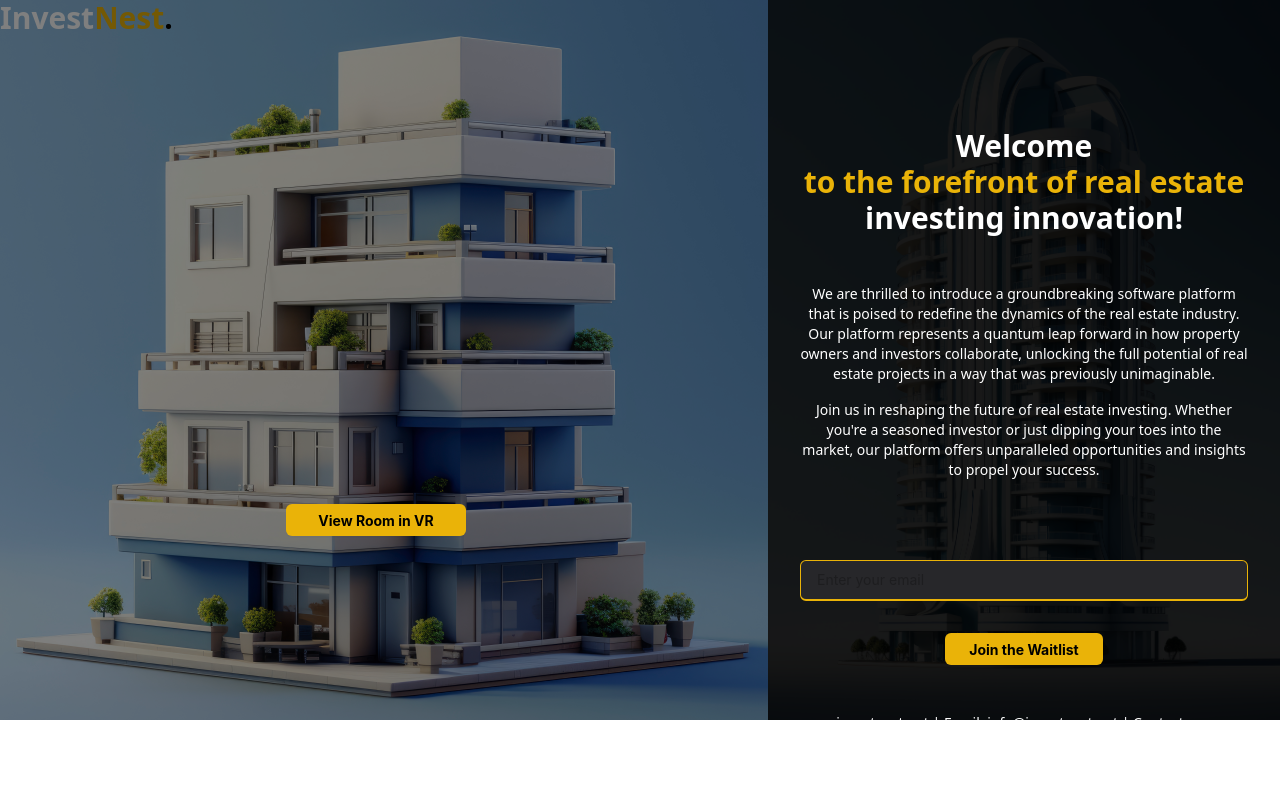
Repository: brytemenz/investnest-landing
Page: /
The author's editor kept a copy of each file at every save. The page is drawn from the files as they stood at one save, then again after the next save.
The browser window is 1280 px wide. The pictures show the whole page.
The project was rebuilt for these pictures with package versions that can differ from the ones it lists, and the page was loaded fresh each time. Also part of the build but not shown: vite.config.js, src/components/ThreeDImage.jsx.

Above is the page before, as saved 2024-05-29 17:14:21.

After the next save:
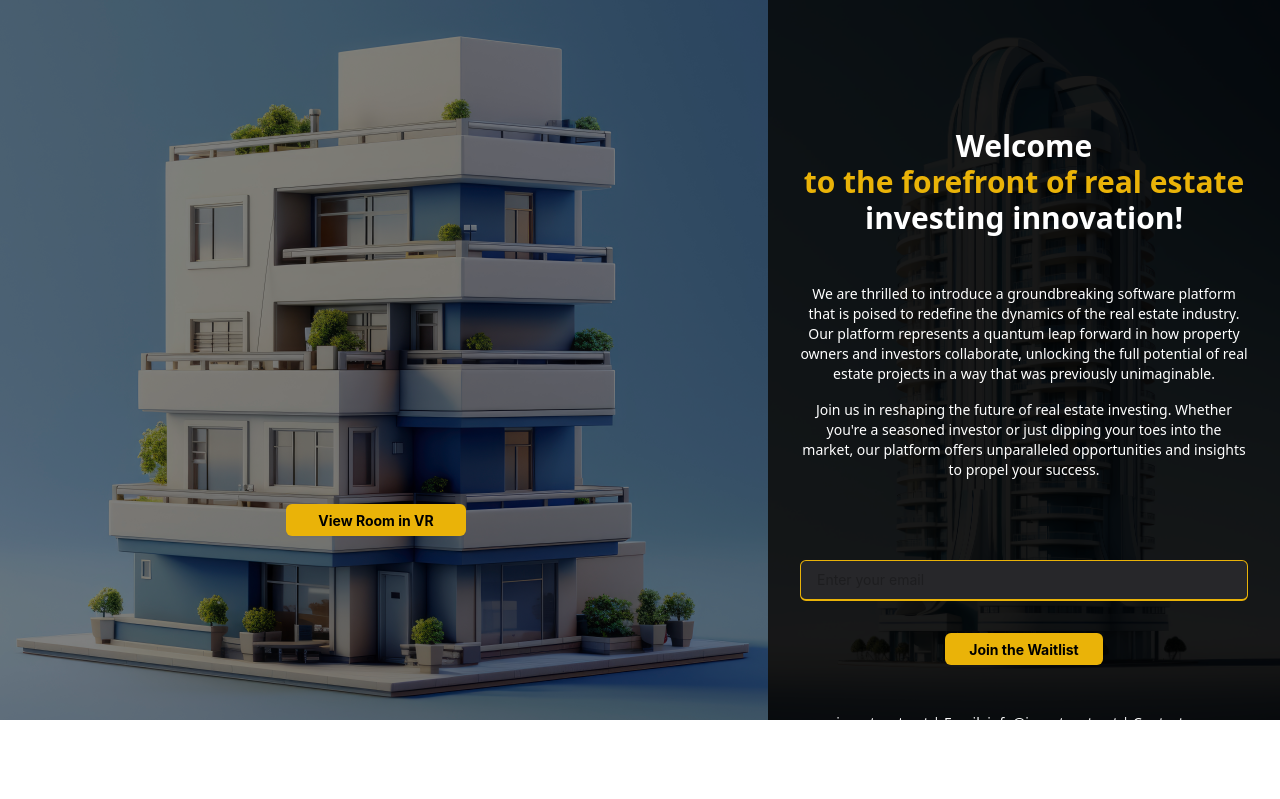
Saved 18 s later.
--- a/src/pages/landingPage.jsx
+++ b/src/pages/landingPage.jsx
@@ -66,9 +66,7 @@ const LandingPage = () => {
               <div className="h-full relative">
 
                 <div className="left-image">
-                <h2 className="text-3xl font-bold mb-4">
-                    <span className="text-white">Invest</span><span className='text-yellow-500'>Nest</span>.
-                  </h2>
+
                   <div className="absolute inset-0 bg-black bg-opacity-50 flex flex-col items-center justify-center space-y-4">
 
                     <Button
